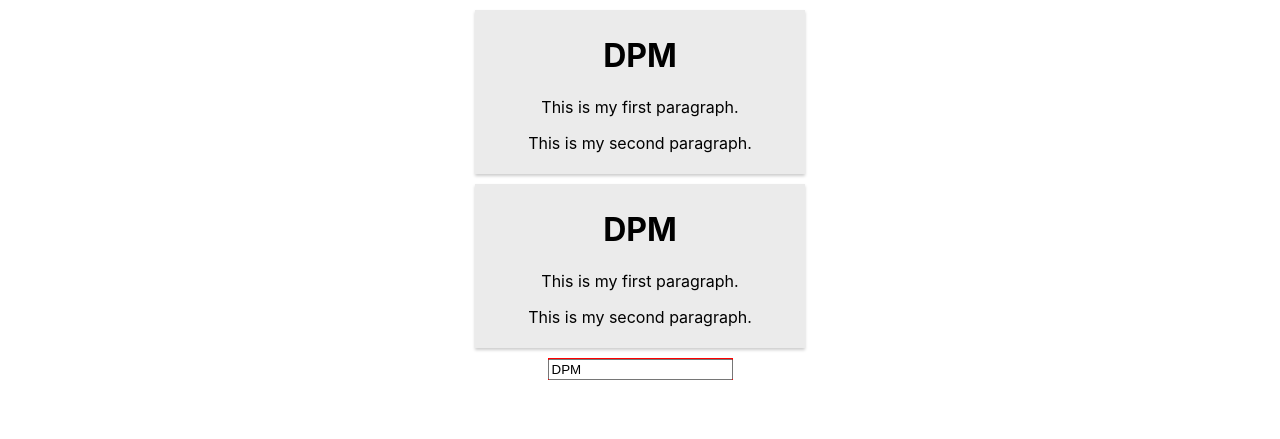
Repository: AidanHak/udemy-react-guide
Page: / (app in base-syntax--assignment-problem/)
These files come from the project's save history. The page is drawn as it stood at one moment and after the next save; the edit follows.
The browser window is 1280 px wide. The pictures show the whole page.
The project was rebuilt for these pictures with package versions that can differ from the ones it lists, and the page was loaded fresh each time.

Above is the page before, as saved 2020-12-17 19:36:42.

After the next save:
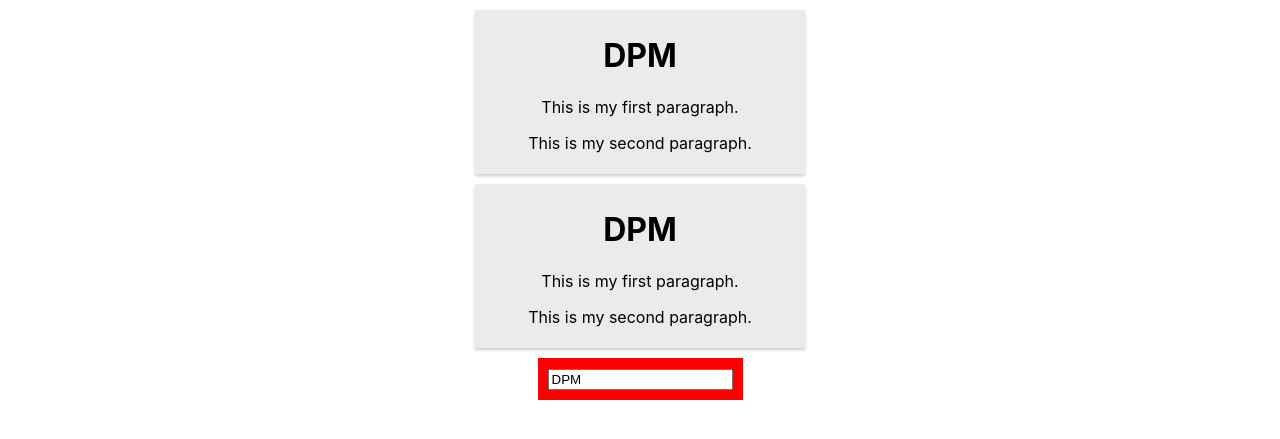
Saved 6 s later.
--- a/base-syntax--assignment-problem/src/UserInput/UserInput.css
+++ b/base-syntax--assignment-problem/src/UserInput/UserInput.css
@@ -3,4 +3,5 @@
 	width:auto;
 	display:inline-block;
 	margin:auto;
+	padding:10px;
 }
